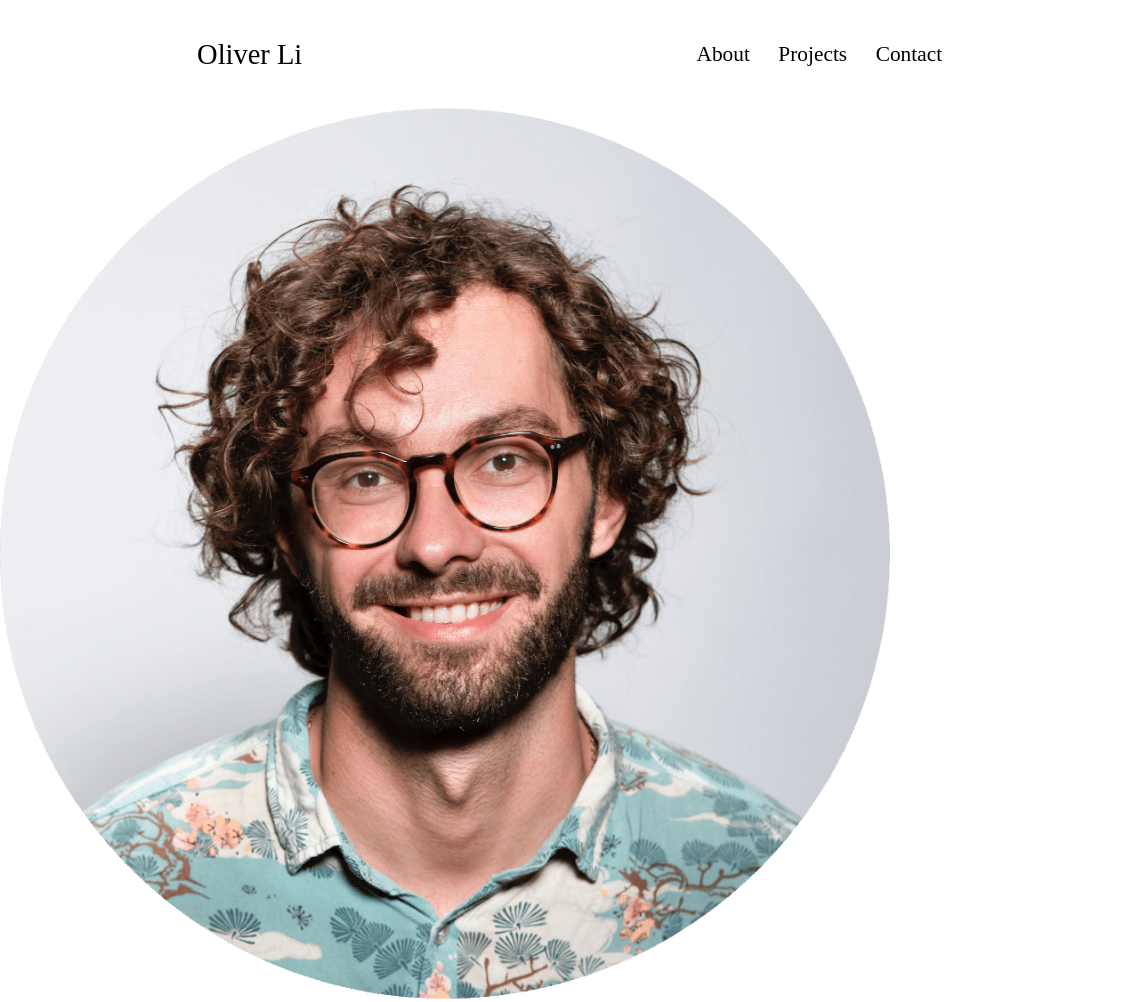
Repository: oliverli1728/portfolio
Page: index.html
The author's editor kept a copy of each file at every save. The page is drawn from the files as they stood at one save, then again after the next save.
The browser window is 1280 px wide. The pictures show the whole page, at 89% of full size.
Some web fonts or font styles are not loaded; a fallback is used.

Above is the page before, as saved 2025-09-25 20:34:44.

### index.html
<!DOCTYPE html>
<html lang="en">
<head>
    <meta charset="UTF-8">
    <meta name="viewport" content="width=device-width, initial-scale=1.0">
    <title>PC</title>
    <link rel="stylesheet" href="style.css">
    <link rel="stylesheet" href="mediaqueries.css">
</head>
    <body>
        <nav id="desktop-nav">
            <div class="logo">Oliver Li</div>
            <div>
                <ul class="nav-links">
                    <li> <a href="#about">About</a></li>
                    <li> <a href="#projects">Projects</a></li>
                    <li> <a href="#contact">Contact</a></li>
                </ul>
            </div>
        </nav>
        <nav id="hamburger-nav">
            <div class="logo">Oliver Li</div>
            <div class="hamburger-menu">
                <div class="hamburger-icon" onclick="toggleMenu()">
                    <span></span>
                    <span></span>
                    <span></span>
                </div>
                <div class="menu-links">
                    <li> <a href="#about" onclick="toggleMenu()">About</a></li>
                    <li> <a href="#projects" onclick="toggleMenu()">Projects</a></li>
                    <li> <a href="#contact" onclick="toggleMenu()">Contact</a></li>
                </div>
            </div>
        </nav>
        <section id="profile">
            <div class="section__pic-container">
                <img src="./assets/profile-pic.png" alt="John Doe profile">
            </div>
        </section>
        <script src="script.js"></script>
    </body>
</html>

### style.css
/* General */


@import url('https://fonts.googleapis.com/css2?family=Lusitana:wght@400;700&display=swap');


* {
    margin: 0;
    padding: 0;
}

body {
    font-family: "Lusitana", serif;
    font-weight: 400;
    font-style: normal;
}

html {
    scroll-behavior: smooth;
}

p {
    color: rgb(85, 85, 85);
}

/* transition */

a, .btn {
    transition: all 300ms ease;
}

/* Desktop Nav*/

nav, .nav-links {
    display: flex;
}

nav {
    justify-content: space-around;
    align-items: center;
    height: 17vh;
}

.nav-links {
    gap: 2rem;
    list-style: none;
    font-size: 1.5rem;
}

a {
    color: black;
    text-decoration: none;
    text-decoration-color: white;
}

a:hover {
    color: grey;
    text-decoration: underline;
    text-underline-offset: 0.5rem;
    text-decoration-color: (181, 181, 181);
}

.logo {
    font-size: 2rem;
}

.logo:hover {
    cursor: default;
}


/*Hamburger Menu*/

#hamburger-nav {
    display: none;
}

.hamburger-menu {
    position: relative;
    display: inline-block;
}

.hamburger-icon {
    display: flex;
    flex-direction: column;
    justify-content: space-between;
    height: 24px;
    width: 30px;
    cursor: pointer;
}

.hamburger-icon span {
    width: 100%;
    height: 2px;
    background-color: black;
    transition: all 0.3 ease-in-out;
}

.menu-links {
    position: absolute;
    top: 100%;
    right: 0;
    background-color: white;
    width: fit-content;
    max-height: 0;
    overflow: hidden;
    transition: all 0.3 ease-in-out;
}

.menu-links a {
    display: block;
    padding: 10px;
    text-align: center;
    font-size: 1.5rem;
    color: black;
    text-decoration: none;
    transition: all 0.3 ease-in-out;
}

.menu-links li {
    list-style: none;
}

.menu-links.open {
    max-height: 300px;
}

/* Rotating line into x */
.hamburger-icon.open span:first-child {
    transform: rotate(45deg) translate(10px, 5px)
}

.hamburger-icon.open span:nth-child(2) {
    opacity: 0;
}

.hamburger-icon.open span:last-child {
    transform: rotate(-45deg) translate(10px, -5px)
}

.hamburger-icon span:first-child {
    transform: none;
}

.hamburger-icon span:first-child {
    opacity: 1;
}

.hamburger-icon span:first-child {
    transform: none;
}

### mediaqueries.css

/*When screen size < 1200px, desktop nav disappears*/
@media screen and (max-width: 1200px) {
    #desktop-nav {
        display: none;
    }
    #hamburger-nav {
        display: flex;
    }
}

### script.js
function toggleMenu() {
    const menu = document.querySelector(".menu-links");
    const icon = document.querySelector(".hamburger-icon");

    menu.classList.toggle("open")
    icon.classList.toggle("open")
}

After the next save:
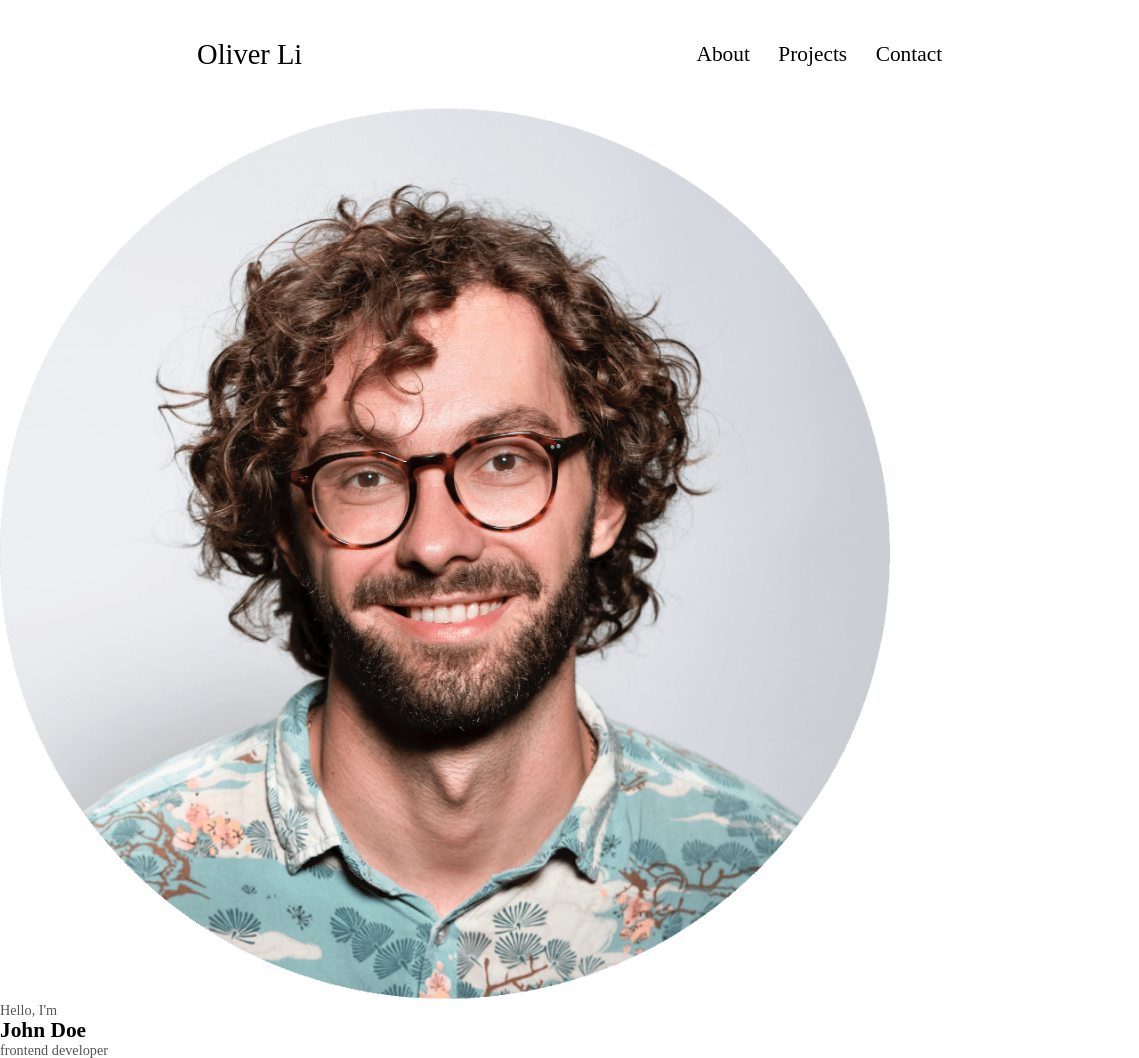
Saved 71 s later.
--- a/index.html
+++ b/index.html
@@ -37,6 +37,11 @@
             <div class="section__pic-container">
                 <img src="./assets/profile-pic.png" alt="John Doe profile">
             </div>
+        <div class="section__text">
+            <p class="section__text__p1">Hello, I'm</p>
+            <h1 class="Title">John Doe</h1>
+            <p class="section__text__p2">frontend developer</p>
+        </div>
         </section>
         <script src="script.js"></script>
     </body>
